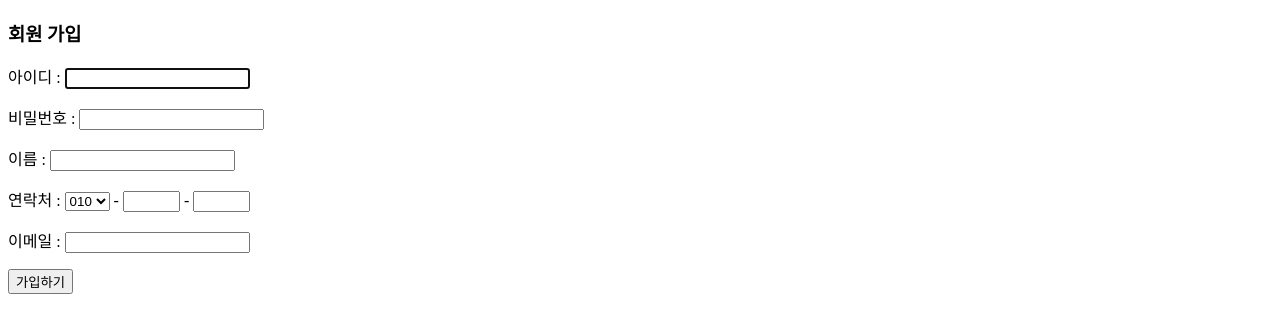
Repository: saysang22/servlet
Page: http://localhost/JSPBook/ch08/validation05.jsp
These files come from the project's save history. The page is drawn as it stood at one moment and after the next save; the edit follows.
The browser window is 1280 px wide. The pictures show the whole page.
The page is served by Tomcat 10. Other server files are loaded and not shown.

Above is the page before, as saved 2024-05-31 06:16:05.

### JSPBook/src/main/webapp/ch08/validation05.jsp
<%@ page language="java" contentType="text/html; charset=UTF-8"
    pageEncoding="UTF-8"%>
<!DOCTYPE html>
<html>
<head>
<meta charset="UTF-8">
<title>유효성 검사</title>
</head>
<body onload="document.member.id.focus()">
	<h3>회원 가입</h3>
	<form method="post" action="#" name="member">
		<p>아이디 : <input type="text" name="id">
		<p>비밀번호 : <input type="password" name="passwd">
		<p>이름 : <input type="text" name="name">
		<p>연락처 :
		<select name="phone1">
			<option value="010">010</option>
			<option value="011">011</option>
			<option value="016">016</option>
			<option value="017">017</option>
			<option value="019">019</option>
		</select>
		-
		<input type="text" maxlength="4" size="4" name="phone2">
		-
		<input type="text" maxlength="4" size="4" name="phone3">
		<p>이메일 : <input type="text" name="email">
		<p><input type="button" value="가입하기" onclick="ckfn()">
	</form>

	<script src="./validation05.js"></script>
</body>
</html>

### JSPBook/src/main/webapp/ch08/validation05.js
function ckfn() {

		let id = document.member.id;
		console.log(id.value);
		let pw = document.member.passwd;
		let name = document.member.name;
		let phone = document.member.phone1.value + "-" + document.member.phone2.value + "-" + document.member.phone3.value;
		let email = document.member.email;

		let regId = /^[a-zA-Z]$/;
		let regName = /^[가-힣]*$/;
		let regPw = /^[0-9]*$/;
		let regPhone = /^\d{3}-\d{3,4}-\d{4}$/;
		let regExpEmail = /^[0-9a-zA-Z]([-_\.]?[0-9a-zA-Z])*@[0-9a-zA-Z]([-_\.]?[0-9a-zA-Z])*\.[a-zA-Z]{2,3}$/i;


		if(!id.value.match(regId)) {
			alert("아이디는 문자로 시작해주세요오오오!");
			id = "";
			id.focus();
			return false;
		}




	}

After the next save:
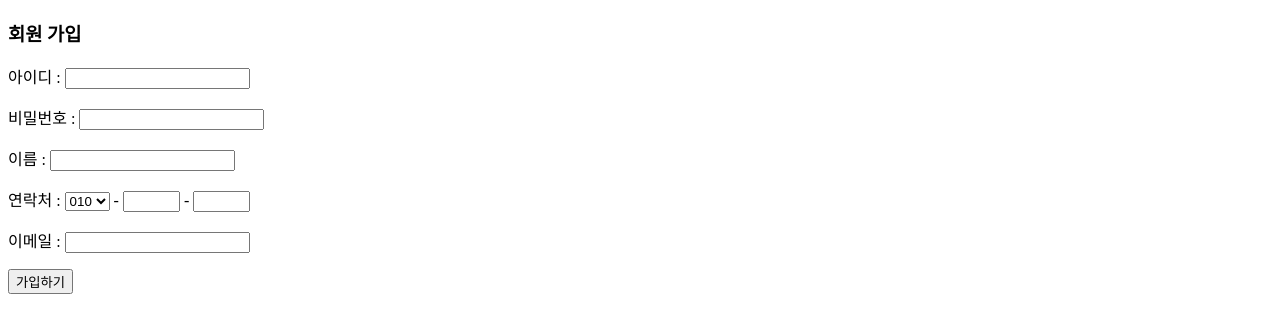
Console error: TypeError: Cannot read properties of undefined (reading 'id')
Saved 25 s later.
--- a/JSPBook/src/main/webapp/ch08/validation05.jsp
+++ b/JSPBook/src/main/webapp/ch08/validation05.jsp
@@ -8,7 +8,7 @@
 </head>
 <body onload="document.member.id.focus()">
 	<h3>회원 가입</h3>
-	<form method="post" action="#" name="member">
+	<form method="post" action="#" name="Member">
 		<p>아이디 : <input type="text" name="id">
 		<p>비밀번호 : <input type="password" name="passwd">
 		<p>이름 : <input type="text" name="name">
